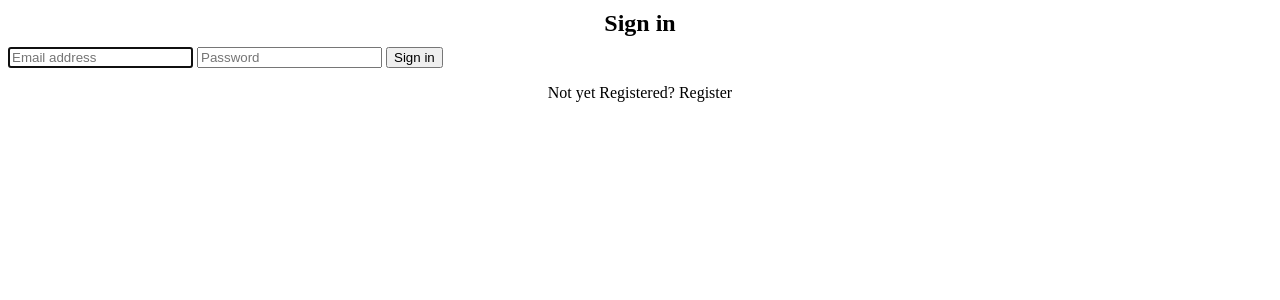
Repository: sagarpatil11/ToDo
Page: todo/src/main/webapp/templates/login.html
The author's editor kept a copy of each file at every save. The page is drawn from the files as they stood at one save, then again after the next save.
The browser window is 1280 px wide. The pictures show the whole page.

Above is the page before, as saved 2017-07-19 11:38:37.

After the next save:
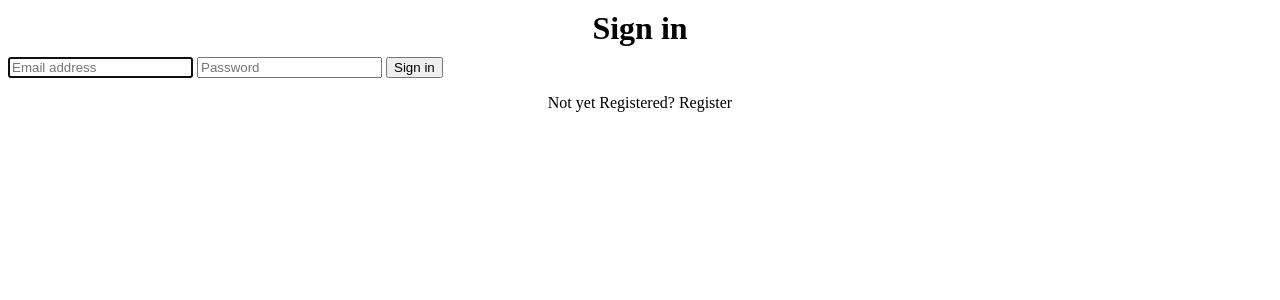
Saved 17 s later.
--- a/todo/src/main/webapp/templates/login.html
+++ b/todo/src/main/webapp/templates/login.html
@@ -1,6 +1,6 @@
 <div class="container">
         <div class="card card-container">
-           <h2 style="text-align: center;margin:10px">Sign in</h2>
+           <h1 style="text-align: center;margin:10px">Sign in</h1>
 
             <form class="form-signin">
 
